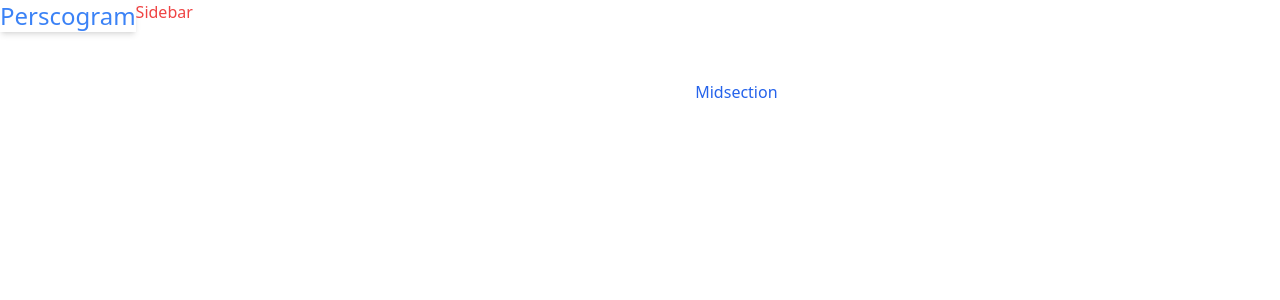
Repository: brandford7/perscogram
Page: /
The author's editor kept a copy of each file at every save. The page is drawn from the files as they stood at one save, then again after the next save.
The browser window is 1280 px wide. The pictures show the whole page.
The project was rebuilt for these pictures with package versions that can differ from the ones it lists, and the page was loaded fresh each time. The framework's server and built-in components were replaced by stand-ins that run in the browser. Also part of the build but not shown: next.config.js.

Above is the page before, as saved 2022-12-15 22:00:36.

### pages/index.js
import Head from 'next/head'
import { Header, Midsection, Sidebar } from '../components'





export default function Home() {
  return (
    <>
      <Head>
        <title>Perscogram</title>
        <meta name="description" content="Generated by create next app" />
        <meta name="viewport" content="width=device-width, initial-scale=1" />
        <link rel="icon" href="/favicon.ico" />
      </Head>

      <div className="flex  w-full h-screen text-green-500 ">
        <header><Header/></header>
        <aside>
          <Sidebar />
        </aside>
        <main className="flex  mx-auto">
          <Midsection />
        </main>
      </div>
    </>
  );
}

### styles/globals.css
@tailwind base;
@tailwind components;
@tailwind utilities;

* {
  box-sizing: border-box;
  padding: 0;
  margin: 0;
}

html,
body {
  max-width: 100vw;
  overflow-x: hidden;
}

body {
  color: rbg(--foreground-rgb);
  background: linear-gradient(
      to bottom,
      transparent,
      rgb(var(--background-end-rgb))
    )
    rgb(var(--background-start-rgb));
}

a {
  color: inherit;
  text-decoration: none;
}

@media (prefers-color-scheme: dark) {
  html {
    color-scheme: dark;
  }
}

### components/index.js
export { default as Midsection } from './Midsection'
export { default as Sidebar } from './Sidebar'
export { default as Header } from './Header'

### components/Midsection.jsx
import React from 'react'

const Midsection = () => {
  return (
    <div className= 'mt-20 text-blue-600'>Midsection</div>
  )
}

export default Midsection

### components/Sidebar.jsx
import React from 'react'

const Sidebar = () => {
  return (
    <div className="text-red-500">Sidebar</div>
  )
}

export default Sidebar

### components/Header.jsx
import React from "react";

const Header = () => {
  return (
    <div className="h-50 shadow-md">
      <h1 className="text-blue-500 text-2xl">Perscogram</h1>
    </div>
  );
};

export default Header;

Loaded but not shown: pages/_app.js (common file); pages/_document.js (common file); tailwind.config.js (common file)

After the next save:
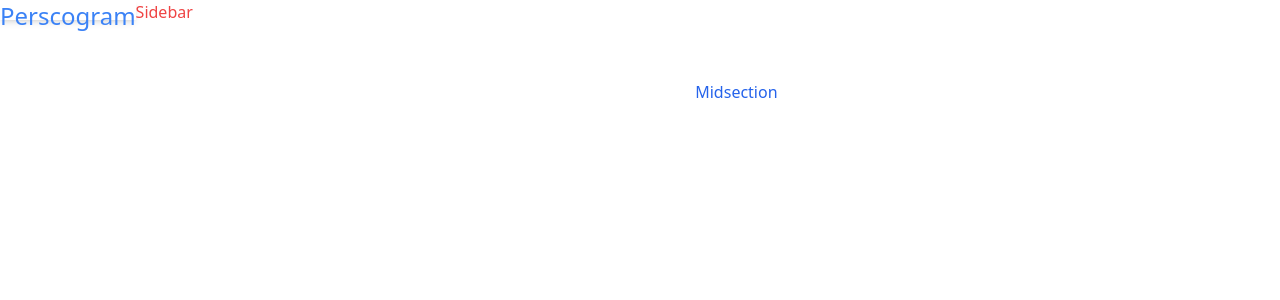
Saved 9 s later.
--- a/components/Header.jsx
+++ b/components/Header.jsx
@@ -2,7 +2,7 @@ import React from "react";
 
 const Header = () => {
   return (
-    <div className="h-50 shadow-md">
+    <div className="h-5 shadow-md">
       <h1 className="text-blue-500 text-2xl">Perscogram</h1>
     </div>
   );
